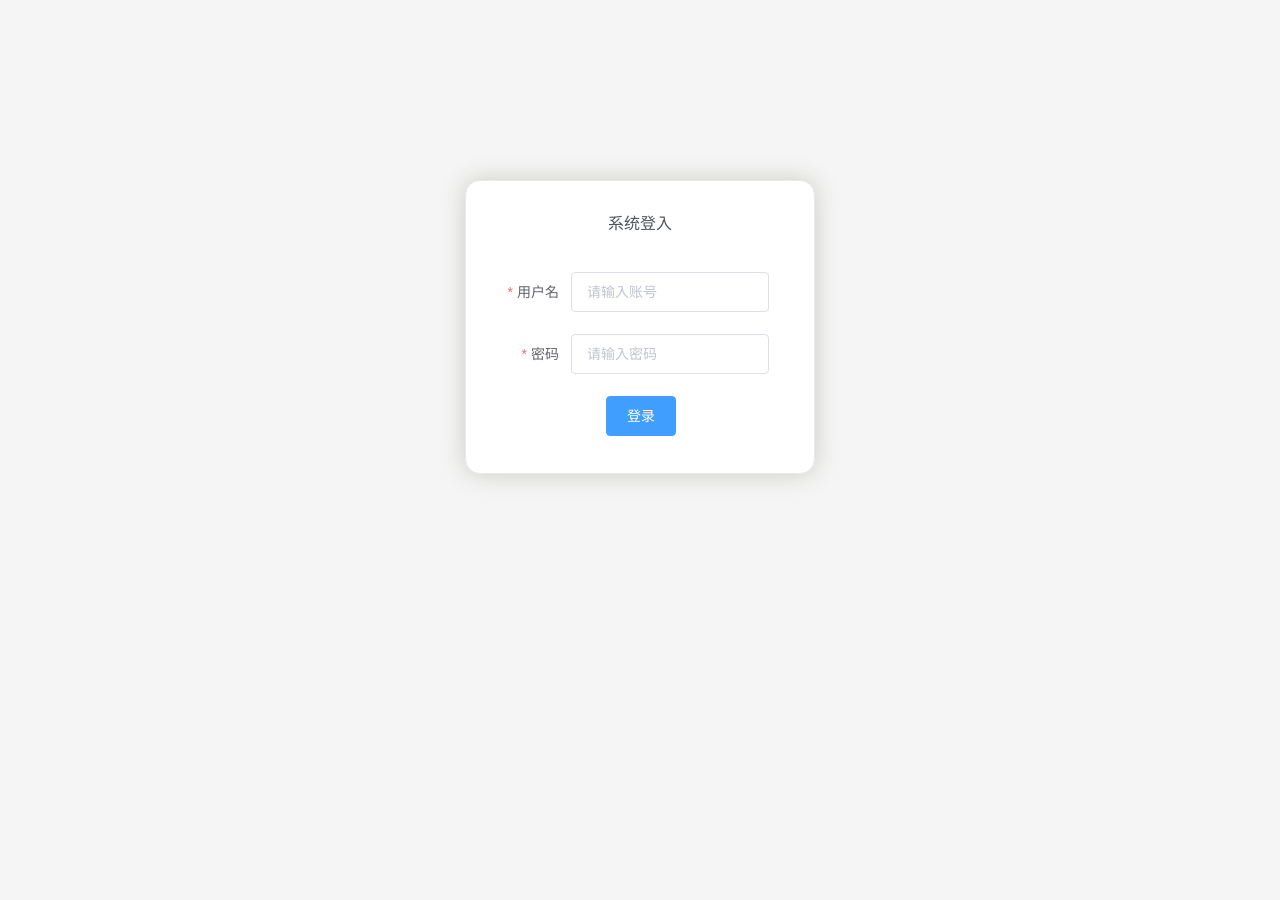
Repository: wangtao20230308/-
Page: /login
The author's editor kept a copy of each file at every save. The page is drawn from the files as they stood at one save, then again after the next save.
The browser window is 1280 px wide. The pictures show the whole page.
The project was rebuilt for these pictures with package versions that can differ from the ones it lists, and the page was loaded fresh each time. Also part of the build but not shown: src/components/CommonAside.vue, src/components/CommonHeader.vue, src/components/commonTag.vue, src/views/Main.vue, src/utils/requst.js, src/api/index.js, src/views/Home.vue, src/views/User.vue and 3 more.

Above is the page before, as saved 2023-03-27 15:01:03.

### src/main.js
import Vue from 'vue'
import App from './App.vue'
// //element-ui全局引入
// import ElementUI from 'element-ui';
// import 'element-ui/lib/theme-chalk/index.css';
// //element-ui转换成一个插件
// Vue.use(ElementUI);

//ele按需导入
import {
  Pagination,
  MessageBox,
  DatePicker,
  Select,
  Option,
  Form,
  FormItem,
  Input,
  Dialog,
  Tag,
  Breadcrumb,
  BreadcrumbItem,
  Table,
  TableColumn,
  Col,
  Row,
  Card,
  Button,
  Radio,
  Container,
  Aside,
  Header,
  Main,
  Menu,
  Submenu,
  MenuItemGroup,
  MenuItem,
  Dropdown,
  DropdownMenu,
  DropdownItem,
} from 'element-ui'
import 'element-ui/lib/theme-chalk/index.css'
import './assets/less/index.less'
Vue.use(Button)
Vue.use(Radio)
Vue.use(Container)
Vue.use(Aside)
Vue.use(Header)
Vue.use(Main)
Vue.use(Menu)
Vue.use(Submenu)
Vue.use(MenuItemGroup)
Vue.use(MenuItem)
Vue.use(Dropdown)
Vue.use(DropdownMenu)
Vue.use(DropdownItem)
Vue.use(Card)
Vue.use(Row)
Vue.use(Col)
Vue.use(Table)
Vue.use(TableColumn)
Vue.use(Breadcrumb)
Vue.use(BreadcrumbItem)
Vue.use(Tag)
Vue.use(Dialog)
Vue.use(Form)
Vue.use(FormItem)
Vue.use(Input)
Vue.use(Select)
Vue.use(Option)
Vue.use(DatePicker)
Vue.use(Pagination)

Vue.component(MessageBox.name, MessageBox) // 全局注册组件， 若使用Vue.use()会再初始时候执行一次，有bug
Vue.prototype.$message = MessageBox // 挂载到vm实例上
Vue.prototype.$confirm = MessageBox // 挂载到vm实例上

//路由引入
import router from './router'
import store from './store'
import './api/mock'

Vue.config.productionTip = false

new Vue({
  router,
  store, //把store挂载到vue实例上
  render: (h) => h(App),
}).$mount('#app')

### src/App.vue
<template>
  <div id="app">
    <router-view></router-view>
  </div>
</template>

<script>
//import HelloWorld from './components/HelloWorld.vue'

export default {
  name: 'App',
  components: {
    //HelloWorld
  },
}
</script>

<style lang="less">
html,
body,
h3,
p {
  padding: 0;
  margin: 0;
}
#app {
  height: 100vh;
}
</style>

### src/router/index.js
//import { hasOwnMetadata } from 'core-js/fn/reflect'
import Vue from 'vue'
import VueRouter from 'vue-router'
import Main from '../views/Main.vue'
import Home from '../views/Home.vue'
import User from '../views/User.vue'
import Mall from '../views/Mall.vue'
import PageOne from '../views/PageOne.vue'
import PageTwo from '../views/PageTwo.vue'
import Login from '../views/Login.vue'

Vue.use(VueRouter)

const routes = [
  //主路由
  {
    path: '/',
    name: 'Main',
    //按需引入组件
    //原型：component: import()
    component: Main,
    redirect: '/home',
    children: [
      //子路由（嵌套路由）
      {
        //首页
        path: 'home',
        name: 'home',
        component: Home,
      },
      {
        //用户页
        path: 'user',
        name: 'user',
        component: User,
      },
      {
        //商品管理
        path: 'mall',
        name: 'mall',
        component: Mall,
      },
      {
        //页面1
        path: 'page1',
        name: 'page1',
        component: PageOne,
      },
      {
        //页面2
        path: 'page2',
        name: 'page2',
        component: PageTwo,
      },
      // {
      //   path: '/user',
      //   name: 'user',
      //   //按需引入组件
      //   //原型：component: import()
      //   component: () => import('../views/User')
      // }
    ],
  },
  //登入页面Login
  {
    path: '/login',
    name: 'login',
    component: Login,
  },
]

// new VueRouter({
//   mode: 'history',
// })
const router = new VueRouter({
  mode: 'history',
  routes,
})

//导出路由
export default router

### src/store/index.js
import Vue from 'vue'
import Vuex from 'vuex'
import tab from './tab'

//全局注入状态管理vuex
Vue.use(Vuex)

//创建vuex的实例
export default new Vuex.Store({
  modules: {
    tab,
  },
})

### src/api/mock.js
import Mock from 'mockjs'
import homeApi from './mockServeData/home'
import user from './mockServeData/user'

//定义mock请求拦截
// Mock.mock('/api/home/getData', 'get', function () {
//   //拦截到请求后的处理逻辑
//   console.log('拦截到了')
//   return 1
// })
Mock.mock('/api/home/getData', 'get', homeApi.getStatisticalData)

//用户列表的数据
Mock.mock('/api/user/add', 'post', user.createUser) //新增
Mock.mock('/api/user/edit', 'post', user.updateUser) //编辑
Mock.mock('/api/user/del', 'post', user.deleteUser) //删除
Mock.mock(/api\/user\/getUser/, 'get', user.getUserList) //获取表格数据

### src/assets/less/home.less
.home {
    .user {
      display: flex;
      align-items: center;
      padding-bottom: 20px;
      margin-bottom: 20px;
      border-bottom: 1px solid #ccc;
      img {
        width: 150px;
        height: 150px;
        border-radius: 50%;
        margin-right: 40px;
      }
      &info {
        .name {
          font-size: 32px;
          margin-bottom: 10px;
        }
        .access {
          color: #999999;
        }
      }
    }
    .login-info {
      p {
        line-height: 28px;
        font-size: 14px;
        color: #999999;
        span {
          color: #666666;
          margin-left: 60px;
        }
      }
    }
    .num {
      display: flex;
      flex-wrap: wrap;
      justify-content: space-between;
      .el-card {
        width: 32%;
        margin-bottom: 20px;
      }
      .icon {
        font-size: 30px;
        width: 80px;
        height: 80px;
        text-align: center;
        line-height: 80px;
        color: #fff;
      }
      .detail {
        margin-left: 15px;
        display: flex;
        flex-direction: column;
        justify-content: center;
        .num {
          font-size: 30px;
          margin-bottom: 10px;
        }
        .txt {
          font-size: 14px;
          text-align: center;
          color: #999999;
        }
      }
    }
    .graph {
      margin-top: 20px;
      display: flex;
      justify-content: space-between;
      .el-card {
        width: 48%;
      }
    }
  }

### src/views/Login.vue
<template>
  <div>
    <el-form :model="form" :rules="rules" :inline="true" class="login_container" label-width="70px">
      <h3 class="login_title">系统登入</h3>
      <el-form-item label="用户名" prop="userName">
        <el-input placeholder="请输入账号" v-model="form.userName"></el-input>
      </el-form-item>
      <el-form-item label="密码" prop="passWord">
        <el-input placeholder="请输入密码" v-model="form.passWord" type="password"></el-input>
      </el-form-item>
      <el-form-item>
        <el-button type="primary" @click="onSubmit" style="margin-left: 105px">登录</el-button>
      </el-form-item>
    </el-form>
  </div>
</template>

<script>
export default {
  data() {
    return {
      form: {
        userName: '',
        passWord: '',
      },
      rules: {
        userName: [{ required: true, message: '请输入用户名', trigger: 'blur' }],
        passWord: [{ required: true, message: '请输入密码', trigger: 'blur' }],
      },
    }
  },
}
</script>

<style lang="less" scoped>
.login_container {
  width: 350px;
  border: 1px solid #eaeaea;
  margin: 180px auto;
  background-color: #fff;
  border-radius: 15px;
  box-shadow: 0 0 25px #cacac6;
  padding: 35px 35px 15px 35px;
  box-sizing: border-box;
  .el-input {
    width: 198px;
  }
  .login_title {
    text-align: center;
    margin-bottom: 40px;
    color: #505458;
  }
}
</style>

### src/store/tab.js
//用来管理菜单的数据
export default {
  state: {
    isCollapse: false, // 控制菜单的展开还是收起
    tabsList: [
      {
        path: '/',
        name: 'home',
        label: '首页',
        icon: 's-home',
        url: 'Home/Home',
      },
    ], //面包屑数据
  },
  mutations: {
    //修改菜单展开收起的方法
    collapseMenu(state) {
      state.isCollapse = !state.isCollapse
    },
    //更新面包屑数据
    selectMenu(state, val) {
      //判断添加的数据是否为首页
      if (val.name !== 'home') {
        const index = state.tabsList.findIndex((item) => item.name === val.name)
        //如果不存在
        if (index === -1) {
          state.tabsList.push(val)
        }
      }
    },
    //删除指定的tag数据
    closeTag(state, item) {
      console.log(item, 'item')
      const index = state.tabsList.findIndex((val) => val.name === item.name)
      state.tabsList.splice(index, 1)
    },
  },
}

### src/api/mockServeData/home.js
// mock数据模拟
import Mock from 'mockjs'

// 图表数据
let List = []
export default {
  getStatisticalData: () => {
    //Mock.Random.float 产生随机数100到8000之间 保留小数 最小0位 最大0位
    for (let i = 0; i < 7; i++) {
      List.push(
        Mock.mock({
          苹果: Mock.Random.float(100, 8000, 0, 0),
          vivo: Mock.Random.float(100, 8000, 0, 0),
          oppo: Mock.Random.float(100, 8000, 0, 0),
          魅族: Mock.Random.float(100, 8000, 0, 0),
          三星: Mock.Random.float(100, 8000, 0, 0),
          小米: Mock.Random.float(100, 8000, 0, 0),
        })
      )
    }
    return {
      code: 20000,
      data: {
        // 饼图
        videoData: [
          {
            name: '小米',
            value: 2999,
          },
          {
            name: '苹果',
            value: 5999,
          },
          {
            name: 'vivo',
            value: 1500,
          },
          {
            name: 'oppo',
            value: 1999,
          },
          {
            name: '魅族',
            value: 2200,
          },
          {
            name: '三星',
            value: 4500,
          },
        ],
        // 柱状图
        userData: [
          {
            date: '周一',
            new: 5,
            active: 200,
          },
          {
            date: '周二',
            new: 10,
            active: 500,
          },
          {
            date: '周三',
            new: 12,
            active: 550,
          },
          {
            date: '周四',
            new: 60,
            active: 800,
          },
          {
            date: '周五',
            new: 65,
            active: 550,
          },
          {
            date: '周六',
            new: 53,
            active: 770,
          },
          {
            date: '周日',
            new: 33,
            active: 170,
          },
        ],
        // 折线图
        orderData: {
          date: ['20191001', '20191002', '20191003', '20191004', '20191005', '20191006', '20191007'],
          data: List,
        },
        //表格数据
        tableData: [
          {
            name: 'oppo',
            todayBuy: 500,
            monthBuy: 3500,
            totalBuy: 22000,
          },
          {
            name: 'vivo',
            todayBuy: 300,
            monthBuy: 2200,
            totalBuy: 24000,
          },
          {
            name: '苹果',
            todayBuy: 800,
            monthBuy: 4500,
            totalBuy: 65000,
          },
          {
            name: '小米',
            todayBuy: 1200,
            monthBuy: 6500,
            totalBuy: 45000,
          },
          {
            name: '三星',
            todayBuy: 300,
            monthBuy: 2000,
            totalBuy: 34000,
          },
          {
            name: '魅族',
            todayBuy: 350,
            monthBuy: 3000,
            totalBuy: 22000,
          },
        ],
      },
    }
  },
}

### src/api/mockServeData/user.js
import Mock from 'mockjs'

// get请求从config.url获取参数，post从config.body中获取参数
function param2Obj(url) {
  const search = url.split('?')[1]
  if (!search) {
    return {}
  }
  return JSON.parse('{"' + decodeURIComponent(search).replace(/"/g, '\\"').replace(/&/g, '","').replace(/=/g, '":"') + '"}')
}

let List = []
const count = 200

for (let i = 0; i < count; i++) {
  List.push(
    Mock.mock({
      id: Mock.Random.guid(),
      name: Mock.Random.cname(),
      addr: Mock.mock('@county(true)'),
      'age|18-60': 1,
      birth: Mock.Random.date(),
      sex: Mock.Random.integer(0, 1),
    })
  )
}

export default {
  /**
   * 获取列表
   * 要带参数 name, page, limt; name可以不填, page,limit有默认值。
   * @param name, page, limit
   * @return {{code: number, count: number, data: *[]}}
   */
  getUserList: (config) => {
    const { name, page = 1, limit = 20 } = param2Obj(config.url)
    console.log('name:' + name, 'page:' + page, '分页大小limit:' + limit)
    const mockList = List.filter((user) => {
      if (name && user.name.indexOf(name) === -1 && user.addr.indexOf(name) === -1) return false
      return true
    })
    const pageList = mockList.filter((item, index) => index < limit * page && index >= limit * (page - 1))
    return {
      code: 20000,
      count: mockList.length,
      list: pageList,
    }
  },
  /**
   * 增加用户
   * @param name, addr, age, birth, sex
   * @return {{code: number, data: {message: string}}}
   */
  createUser: (config) => {
    const { name, addr, age, birth, sex } = JSON.parse(config.body)
    console.log(JSON.parse(config.body))
    List.unshift({
      id: Mock.Random.guid(),
      name: name,
      addr: addr,
      age: age,
      birth: birth,
      sex: sex,
    })
    return {
      code: 20000,
      data: {
        message: '添加成功',
      },
    }
  },
  /**
   * 删除用户
   * @param id
   * @return {*}
   */
  deleteUser: (config) => {
    const { id } = JSON.parse(config.body)
    if (!id) {
      return {
        code: -999,
        message: '参数不正确',
      }
    } else {
      List = List.filter((u) => u.id !== id)
      return {
        code: 20000,
        message: '删除成功',
      }
    }
  },
  /**
   * 批量删除
   * @param config
   * @return {{code: number, data: {message: string}}}
   */
  batchremove: (config) => {
    let { ids } = param2Obj(config.url)
    ids = ids.split(',')
    List = List.filter((u) => !ids.includes(u.id))
    return {
      code: 20000,
      data: {
        message: '批量删除成功',
      },
    }
  },
  /**
   * 修改用户
   * @param id, name, addr, age, birth, sex
   * @return {{code: number, data: {message: string}}}
   */
  updateUser: (config) => {
    const { id, name, addr, age, birth, sex } = JSON.parse(config.body)
    const sex_num = parseInt(sex)
    List.some((u) => {
      if (u.id === id) {
        u.name = name
        u.addr = addr
        u.age = age
        u.birth = birth
        u.sex = sex_num
        return true
      }
    })
    return {
      code: 20000,
      data: {
        message: '编辑成功',
      },
    }
  },
}

Loaded but not shown: public/index.html (common file); src/assets/less/index.less (common file); src/assets/less/common.less (common file); src/assets/less/reset.less (common file)

After the next save:
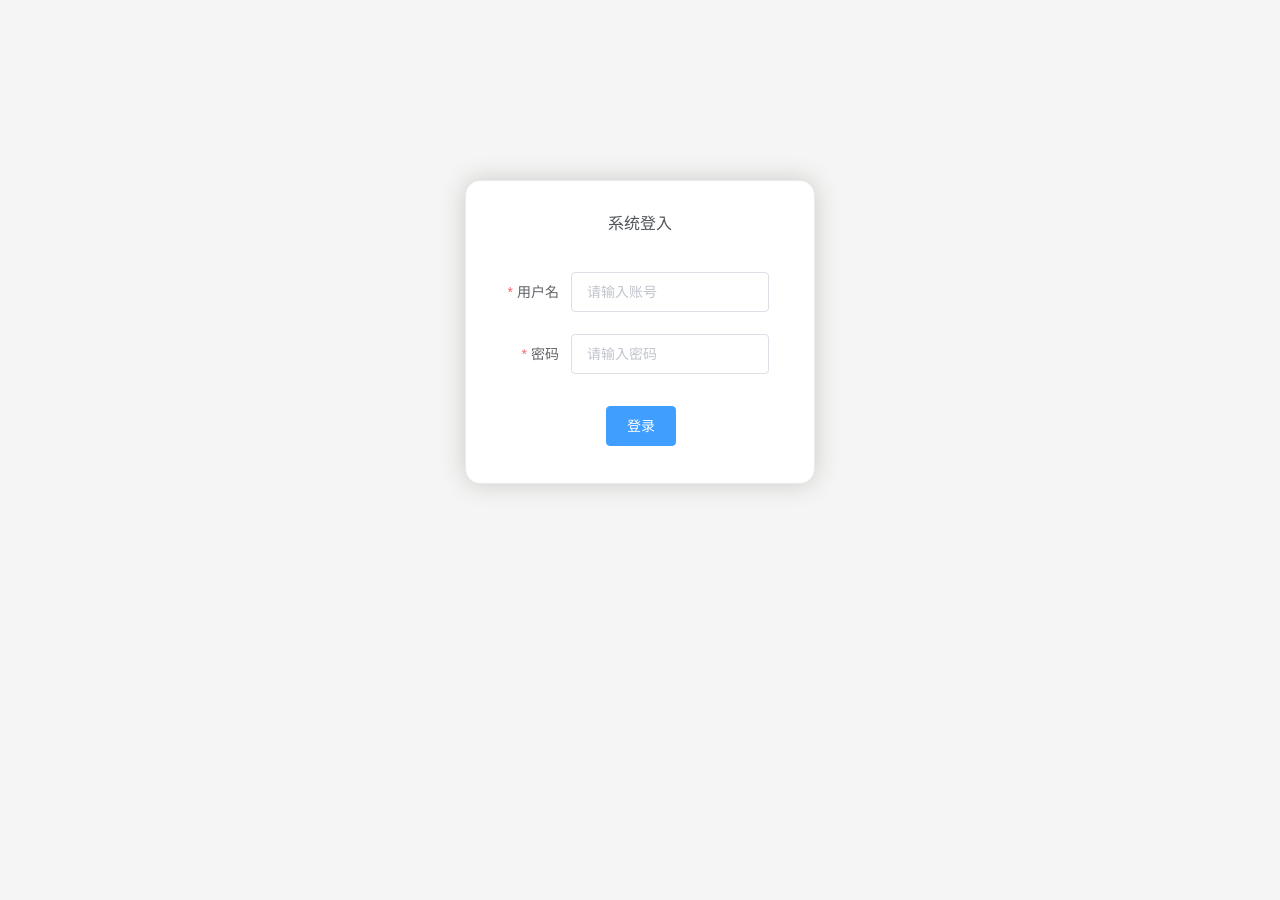
Saved 23 s later.
--- a/src/views/Login.vue
+++ b/src/views/Login.vue
@@ -9,7 +9,7 @@
         <el-input placeholder="请输入密码" v-model="form.passWord" type="password"></el-input>
       </el-form-item>
       <el-form-item>
-        <el-button type="primary" @click="onSubmit" style="margin-left: 105px">登录</el-button>
+        <el-button type="primary" @click="onSubmit" style="margin-left: 105px; margin-top: 10px">登录</el-button>
       </el-form-item>
     </el-form>
   </div>
